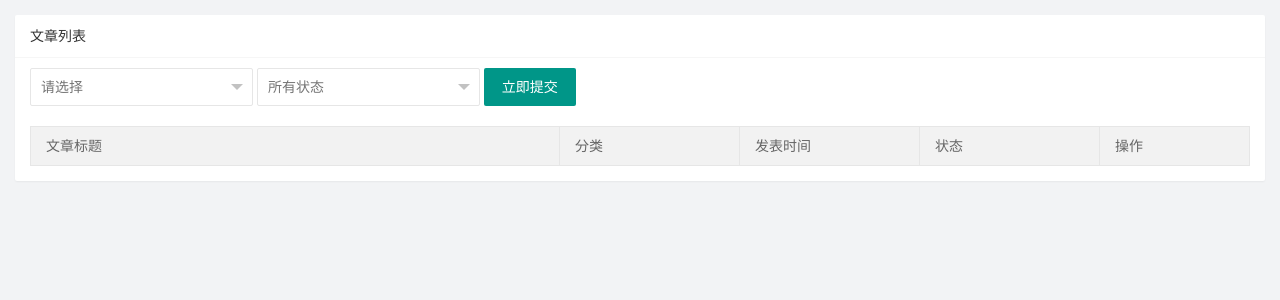
Repository: XiangQian1/big-Event
Page: home/article/art_list.html
The author's editor kept a copy of each file at every save. The page is drawn from the files as they stood at one save, then again after a run of saves.
The browser window is 1280 px wide. The pictures show the whole page.
The page's requests for data from a server got no answer.

Above is the page before, as saved 2020-10-11 15:03:09.
Console error: TypeError: Cannot read properties of undefined (reading 'status')

### home/article/art_list.html
<!DOCTYPE html>
<html lang="en">

<head>
    <meta charset="UTF-8" />
    <meta name="viewport" content="width=device-width, initial-scale=1.0" />
    <title>Document</title>
    <link rel="stylesheet" href="/assets/lib/layui/css/layui.css" />
    <link rel="stylesheet" href="/assets/css/article/art_list.css" />
</head>

<body>
    <!-- 卡片区域 -->
    <div class="layui-card">
        <div class="layui-card-header">文章列表</div>
        <div class="layui-card-body">
            <form class="layui-form" id="form-artS">
                <div class="layui-form-item layui-inline">
                    <select name="cate_id">

                    </select>
                </div>
                <div class="layui-form-item layui-inline">
                    <select name="state">
                        <option value="">所有状态</option>
                        <option value="已发布">已发布</option>
                        <option value="未发布">未发布</option>

                    </select>
                </div>
                <div class="layui-form-item layui-inline">
                    <button class="layui-btn" lay-submit lay-filter="formDemo">立即提交</button>
                </div>
            </form>
            <!-- 文章列表 -->
            <table class="layui-table">
                <colgroup>
                    <col>
                    <col width="180">
                    <col width="180">
                    <col width="180">
                    <col width="150">

                </colgroup>
                <thead>
                    <tr>
                        <th>文章标题</th>
                        <th>分类</th>
                        <th>发表时间</th>
                        <th>状态</th>
                        <th>操作</th>
                    </tr>
                </thead>
                <tbody>
                    <!-- 文章列表区域 -->
                </tbody>
            </table>
        </div>
        <!-- 分页 -->
        <div id="page"></div>
    </div>

    <!-- 模板引擎 -->
    <!-- 文章列表模板 -->
    <script type="text/xiangqian" id="artListTab">
        {{each data}}
        <tr>
            <td>{{$value.title}}</td>
            <td>{{$value.pub_date|Filtertime}}</td>
            <td>{{$value.state}}</td>
            <td>{{$value.cate_name}}</td>
            <td>
                <button type="button" class="layui-btn layui-btn-xs" data-edit="{{$value.Id}}" id="alt_edit">编辑</button>
                <button type="button" class="layui-btn layui-btn-danger layui-btn-xs" data-edit="{{$value.Id}}" id="alt_del">删除</button>
            </td>
        </tr>
        {{/each}}
    </script>
    <!-- 文章分类模板 -->
    <script type="text/xiangqian" id="artListSort">
        <option value="">所有分类</option>
        {{each data}}
        <option value="{{$value.Id}}">{{$value.name}}</option>
        {{/each}}
    </script>
    <!-- 导入第三方的 JS 插件 -->
    <script src="/assets/lib/layui/layui.all.js"></script>
    <script src="/assets/lib/jquery.js"></script>
    <script src="/assets/lib/template-web.js"></script>
    <script src="/assets/js/base.js"></script>
    <!-- 导入自己的 JS 脚本 -->
    <script src="/assets/js/article/art_list.js"></script>
</body>

</html>

### assets/js/base.js
// 注意：每次调用 $.get() 或 $.post() 或 $.ajax() 的时候，
// 会先调用 ajaxPrefilter 这个函数
/* // 在这个函数中，可以拿到我们给Ajax提供的配置对象
$.ajaxPrefilter(function (options) {
    options.url = 'http://ajax.frontend.itheima.net' + options.url;

}) */
$.ajaxPrefilter(function (options) {
    // 在发起真正的 Ajax 请求之前，统一拼接请求的根路径
    options.url = 'http://ajax.frontend.itheima.net' + options.url;
    if (options.url.indexOf('/my/') !== -1) {
        options.headers = {
            Authorization: localStorage.getItem('token') || ''
        }
    }
    options.complete = function (res) {
        // console.log(res);
        if (res.responseJSON.status === 1 || res.responseJSON.message === '身份认证失败！') {
            localStorage.removeItem('token');
            location.href = '/login.html';
        }
    }
})

### assets/js/article/art_list.js
$(function () {
    var layer = layui.layer;
    var form = layui.form;
    var laypage = layui.laypage;
    var q = {
        pagenum: 1,
        pagesize: 2,
        cate_id: '',
        state: '',
    };

    initArt(q);
    // template.defaults.imports

    template.defaults.imports.Filtertime = function (data) {
        var time = new Date(data);
        var y = time.getFullYear();
        var m = padZero(time.getMonth() + 1);
        var d = padZero(time.getDate());

        var hh = padZero(time.getHours());
        var mm = padZero(time.getMinutes());
        var ss = padZero(time.getSeconds());

        return y + '-' + m + '-' + d + ' ' + hh + ':' + mm + ':' + ss;

    }
    $('tbody').on('click', '#alt_edit', function () {
        layer.open({
            // type:1,
            area: ['500px', '200px'],
            title: '在线调试',
            content: '可以填写任意的layer代码'
        });
    });
    $('tbody').on('click', '#alt_del', function () {
        var id = $(this).attr('data-edit');
        console.log(id);
        layer.confirm('确认删除?', {
            icon: 3,
            title: '提示'
        }, function (index) {
            //do something
            $.ajax({
                type: "get",
                url: "/my/article/delete/" + id,
                success: function (response) {
                    if (response.status !== 0) return layer.msg(response.message);
                    layer.msg(response.message);
                    initArt(q);
                }
            });
            layer.close(index);
        });
    });
    artSort(q);

    $('#form-artS').on('submit', function (e) {
        e.preventDefault();
        q.cate_id = $('[name=cate_id]').val();
        q.state = $('[name=state').val();
        initArt(q);
    });

    laypage.render({
        elem: 'test1' //注意，这里的 test1 是 ID，不用加 # 号
        ,count: 50 //数据总数，从服务端得到
      });





    // 定义补零的函数
    function padZero(n) {
        return n > 9 ? n : '0' + n
    }

    function initArt(q) {
        $.ajax({
            type: "get",
            url: "/my/article/list",
            data: q,
            success: function (response) {
                if (response.status !== 0) return layer.msg(response.message);
                layer.msg(response.message);
                // console.log(response);
                var artListTabStr = template('artListTab', response);
                $('tbody').html(artListTabStr);
            }
        });
    }

    function artSort(q) {
        $.ajax({
            type: "get",
            url: "/my/article/cates",
            data: q,
            success: function (response) {
                if (response.status !== 0) return layer.msg(response.message);
                layer.msg(response.message);
                $('[name=cate_id]').html(template('artListSort', response));
                form.render();
            }
        });
    }

});

// var xhr = XMLHttpRequest;

Loaded but not shown: assets/lib/layui/css/layui.css (library); assets/css/article/art_list.css (common file); assets/lib/layui/layui.all.js (library); assets/lib/jquery.js (library); assets/lib/template-web.js (library); assets/lib/layui/css/modules/laydate/default/laydate.css (library); assets/lib/layui/css/modules/layer/default/layer.css (library); assets/lib/layui/css/modules/code.css (common file)

After the next 2 saves:
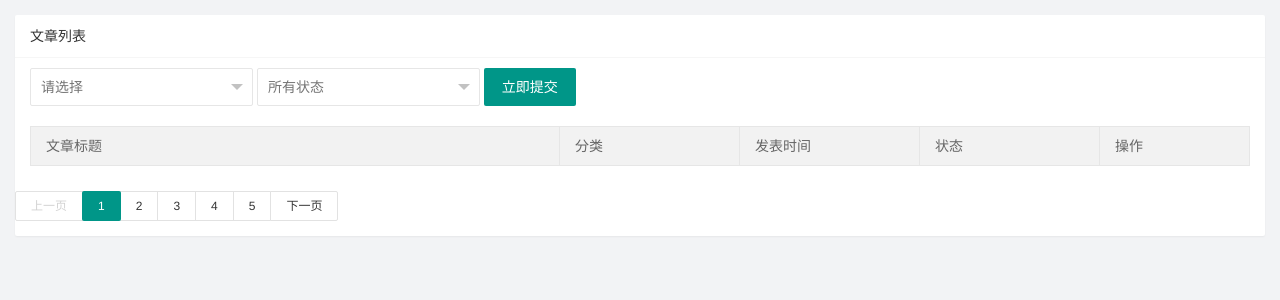
The 2 saves are shown as one change because they came seconds apart.
The last was saved 13 s later.
--- a/assets/js/article/art_list.js
+++ b/assets/js/article/art_list.js
@@ -63,9 +63,9 @@
     });
 
     laypage.render({
-        elem: 'test1' //注意，这里的 test1 是 ID，不用加 # 号
+        elem: 'page' //注意，这里的 test1 是 ID，不用加 # 号
         ,count: 50 //数据总数，从服务端得到
-      });
+    });
 
 
 

After the save that followed:
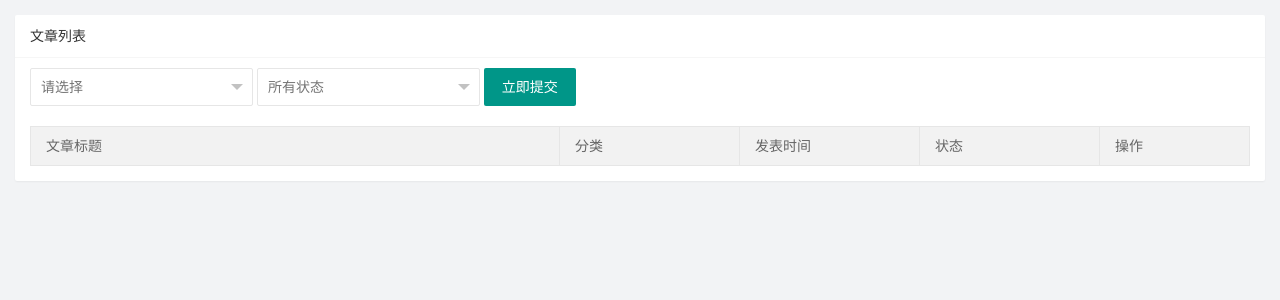
Saved 8 s later.
--- a/assets/js/article/art_list.js
+++ b/assets/js/article/art_list.js
@@ -62,10 +62,6 @@
         initArt(q);
     });
 
-    laypage.render({
-        elem: 'page' //注意，这里的 test1 是 ID，不用加 # 号
-        ,count: 50 //数据总数，从服务端得到
-    });
 
 
 
